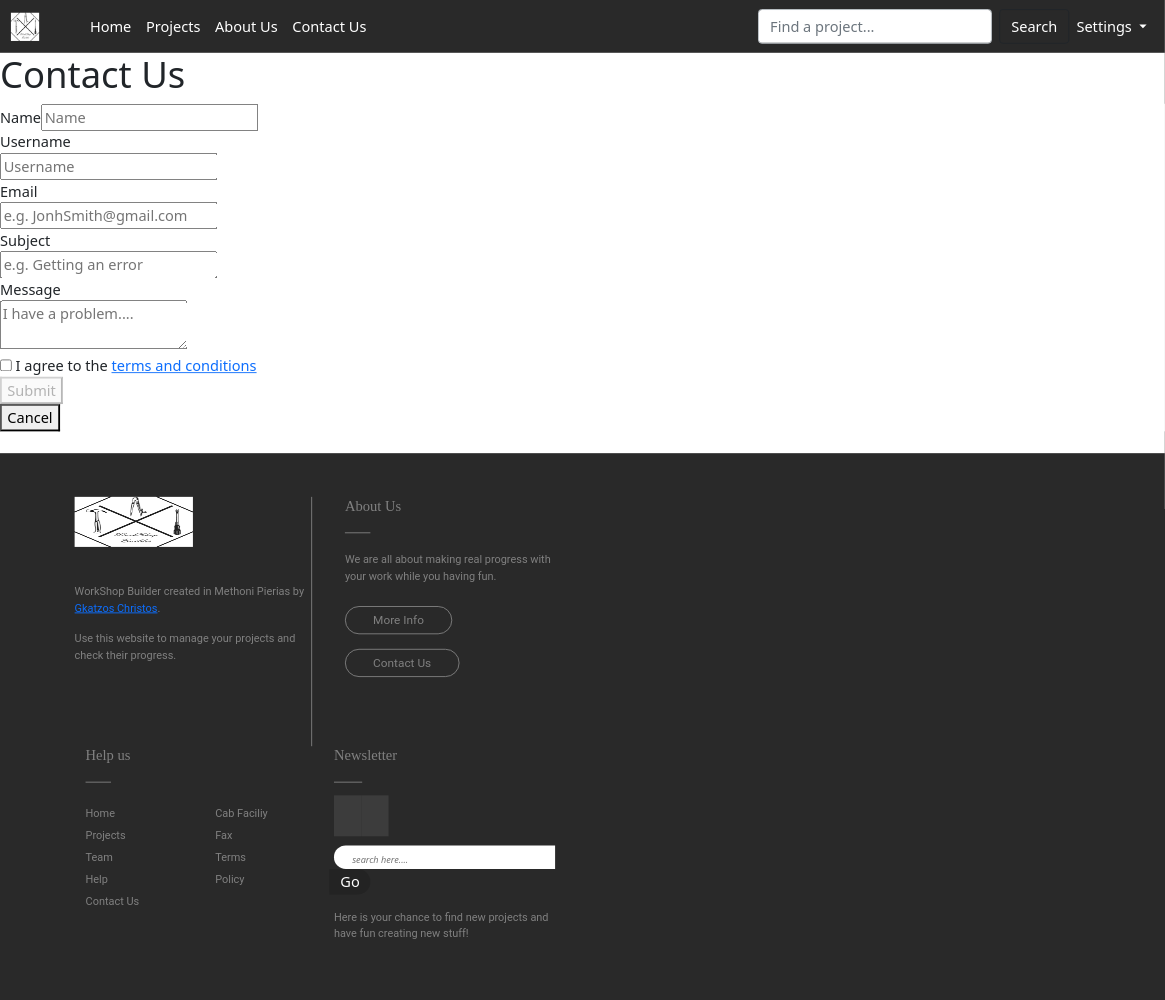
Repository: GkatzosChristos/workshop-builder-ui
Page: /contactUs (app in workshop-builder-ui/)
These files come from the project's save history. The page is drawn as it stood at one moment and after the next save; the edit follows.
The browser window is 1280 px wide. The pictures show the whole page, at 91% of full size.
The project was rebuilt for these pictures with package versions that can differ from the ones it lists, and the page was loaded fresh each time. Also part of the build but not shown: workshop-builder-ui/angular.json, workshop-builder-ui/src/app/about-us/about-us.component.ts, workshop-builder-ui/src/app/home/home.component.ts, workshop-builder-ui/src/app/project/project.component.ts.

Above is the page before, as saved 2021-08-27 17:36:07.

After the next save:
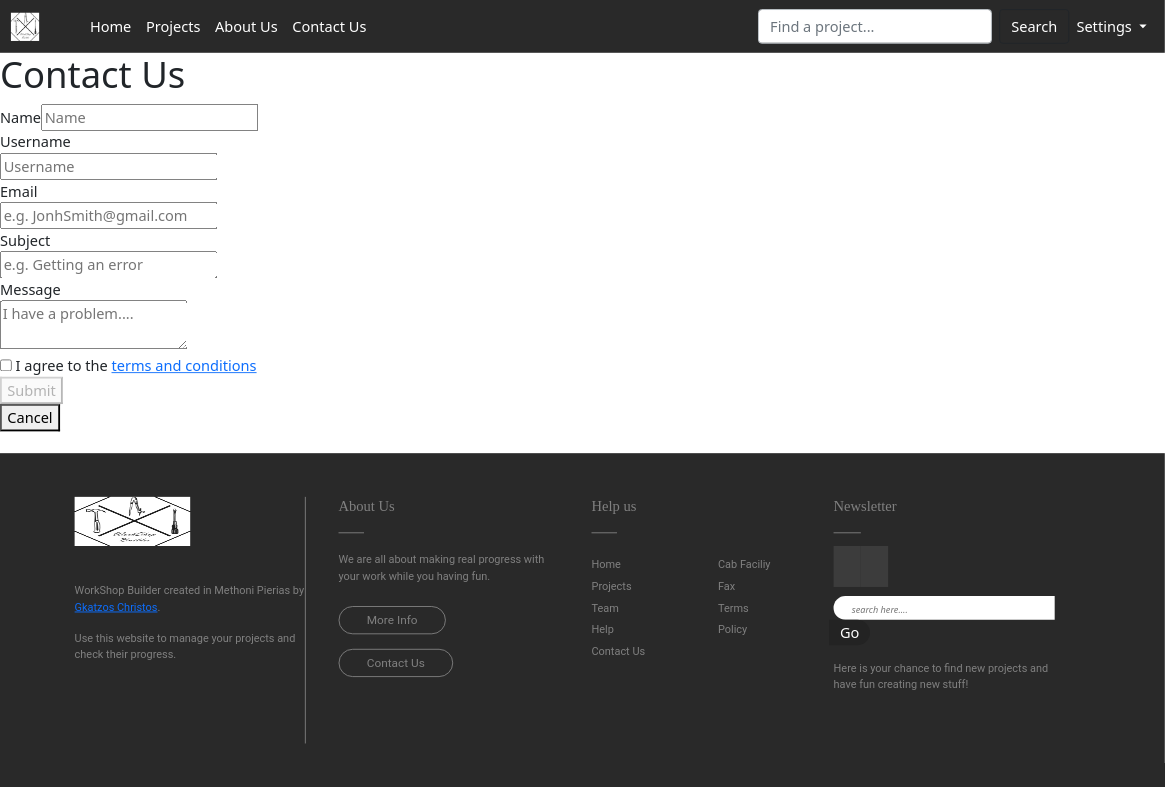
Saved 25 s later.
--- a/workshop-builder-ui/src/app/footer/footer.component.html
+++ b/workshop-builder-ui/src/app/footer/footer.component.html
@@ -4,8 +4,8 @@
 </head>
 <footer class="container-fluid bg-grey py-5">
     <div class="container">
-        <div class="row">
-            <div class="col-md-6 me-3">
+        <div class="row me-3">
+            <div class="col-md-6">
                 <div class="row">
                     <div class="col-md-6 ">
                         <div class="logo-part">
